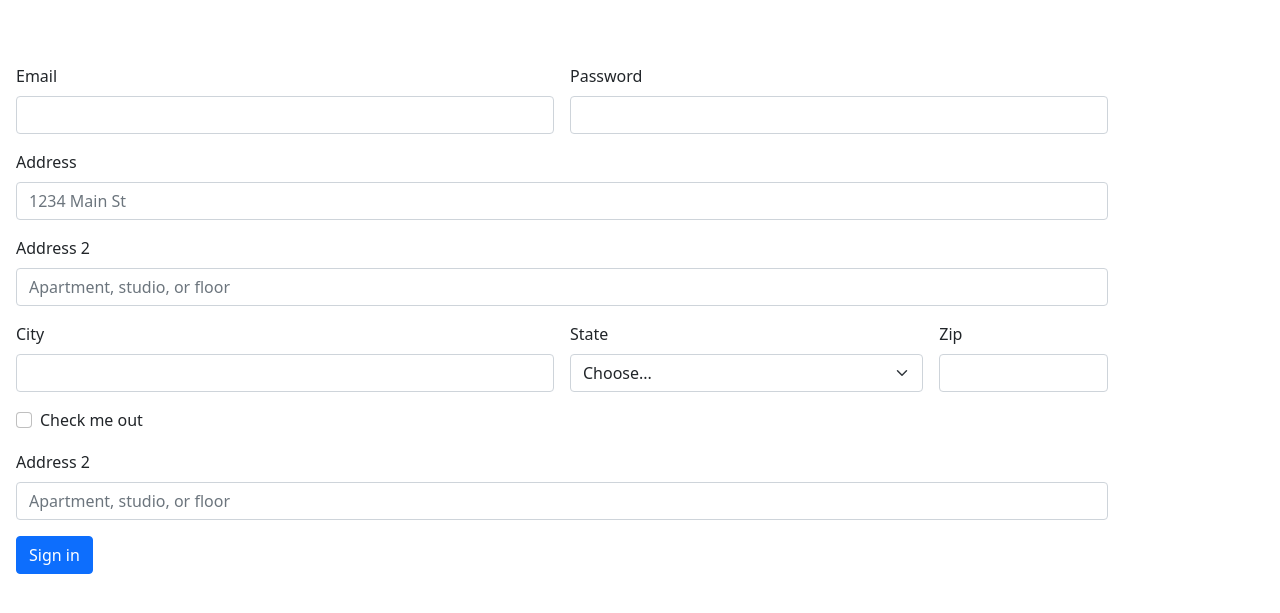
Repository: arbazkhanmadani/Spring-MVC-Work
Page: http://localhost/spring-mvc/WEB-INF/views/complexForm.jsp
An editor plug-in stored every save of this project. The page is shown before and after the next save, followed by the edit.
The browser window is 1280 px wide. The pictures show the whole page.
The page is served by Tomcat 9. Nobody is signed in. The template is opened directly, without the code that normally fills it, so the values that code supplies are empty.

Above is the page before, as saved 2024-07-03 12:07:25.

After the next save:
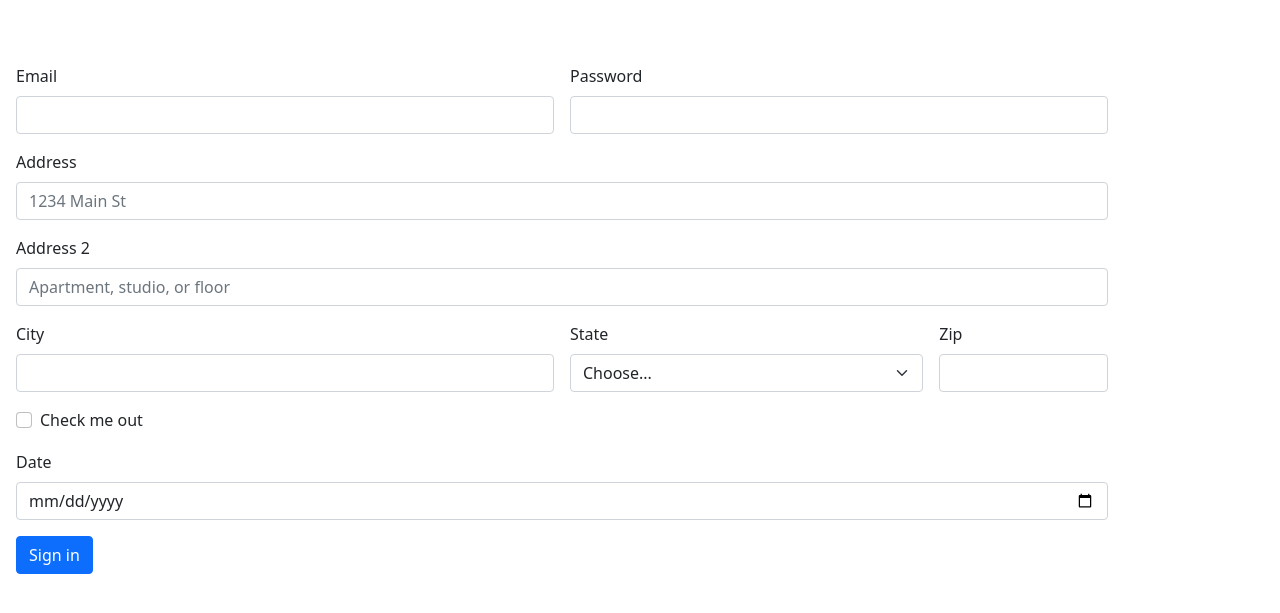
Saved 26 s later.
--- a/spring-mvc/src/main/webapp/WEB-INF/views/complexForm.jsp
+++ b/spring-mvc/src/main/webapp/WEB-INF/views/complexForm.jsp
@@ -55,8 +55,8 @@
     </div>
   </div>
    <div class="col-12">
-    <label for="inputAddress2" class="form-label">Address 2</label>
-    <input type="text" name="addr2" class="form-control" id="inputAddress2" placeholder="Apartment, studio, or floor">
+    <label for="inputAddress2" class="form-label">Date</label>
+    <input type="date" name="date" class="form-control" id="inputAddress2" placeholder="dd/mm/yyyy">
   </div>
   <div class="col-12">
     <button type="submit" class="btn btn-primary">Sign in</button>
